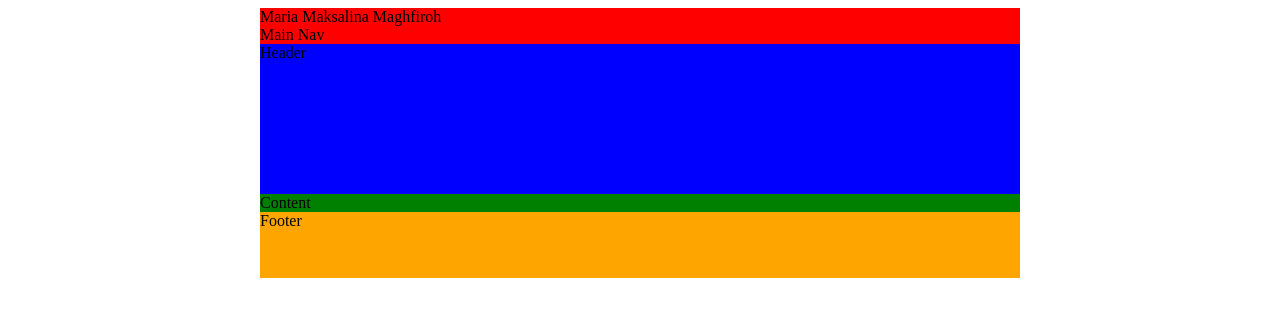
Repository: Bearli-py/latihan_bisdig
Page: index.html
The author's editor kept a copy of each file at every save. The page is drawn from the files as they stood at one save, then again after the next save.
The browser window is 1280 px wide. The pictures show the whole page.

Above is the page before, as saved 2025-09-09 15:10:05.

### index.html
<!DOCTYPE html>
<html lang="en">
<head>
    <meta charset="UTF-8">
    <meta name="viewport" content="width=device-width, initial-scale=1.0">
    <link rel="stylesheet" href="style.css">
    <title>Judul</title>

</head>
<body>
    <div id="page-container"> Maria Maksalina Maghfiroh
        <div id="main-nav">Main Nav</div>
        <div id="header">Header</div>
        <div id="content">Content</div>
        <div id="footer">Footer</div>
    </div>

</body>
</html>

### style.css
#page-container {
    width: 760px;
    margin: auto;
    background: red;
    text-align: left;
}
#header {
background: blue;
height: 150px;
}
#content {
background: green;
}
#footer {
background: orange;
height: 66px;
}

After the next save:
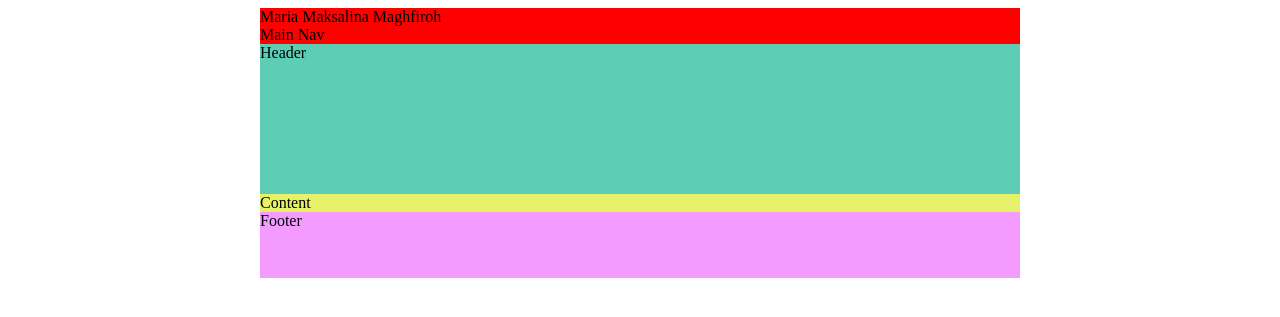
Saved 2 min 31 s later.
--- a/style.css
+++ b/style.css
@@ -5,13 +5,13 @@
     text-align: left;
 }
 #header {
-background: blue;
+background: rgb(93, 206, 181);
 height: 150px;
 }
 #content {
-background: green;
+background: rgb(231, 240, 105);
 }
 #footer {
-background: orange;
+background: rgb(243, 155, 255);
 height: 66px;
 }
